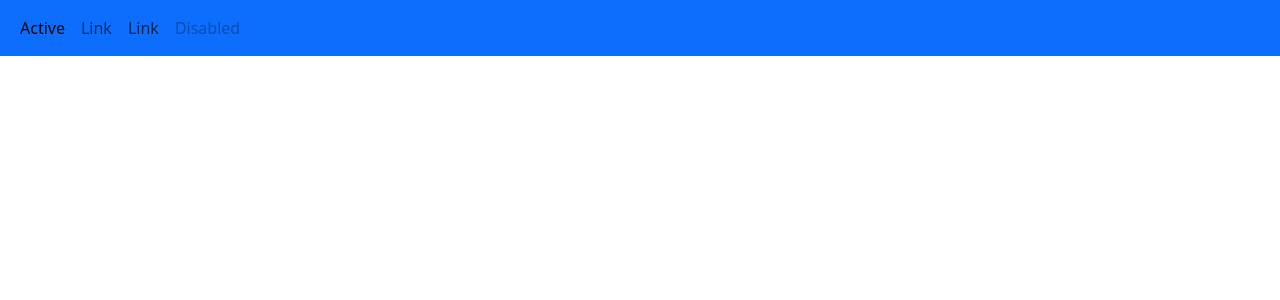
Repository: SKB-TECH/MinProject
Page: IHM/index.html
An editor plug-in stored every save of this project. The page is shown before and after the next save, followed by the edit.
The browser window is 1280 px wide. The pictures show the whole page.
Some web libraries are served in a nearby version.

Above is the page before, as saved 2022-09-29 14:46:34.

### IHM/index.html
<!DOCTYPE html>
<html lang="en">
<head>
    <meta charset="UTF-8">
    <meta http-equiv="X-UA-Compatible" content="IE=edge">
    <meta name="viewport" content="width=device-width, initial-scale=1.0">
    <link rel="stylesheet" href="../node_modules/bootstrap/dist/css/bootstrap.min.css">
    <title>NoteApp</title>
</head>
<body>
        <header>
            <nav class="navbar navbar-expand-sm bg-primary navbar-light">
                <div class="container-fluid">
                  <ul class="navbar-nav">
                    <li class="nav-item">
                      <a class="nav-link active" href="#">Active</a>
                    </li>
                   <li class="nav-item">
                      <a class="nav-link" href="#">Link</a>
                    </li>
                    <li class="nav-item">
                      <a class="nav-link" href="#">Link</a>
                    </li>
                    <li class="nav-item">
                      <a class="nav-link disabled" href="#">Disabled</a>
                    </li>
                  </ul>
                </div>
              </nav>
        </header>
    </div>
</body>
</html>

After the next save:
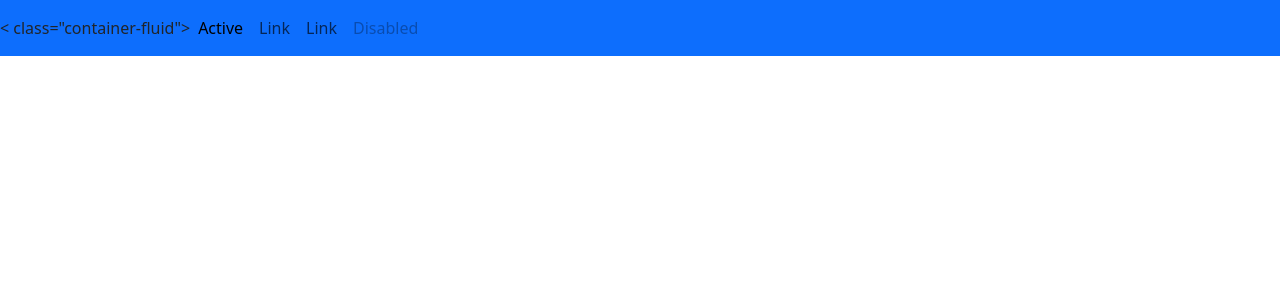
Saved 4 s later.
--- a/IHM/index.html
+++ b/IHM/index.html
@@ -10,7 +10,7 @@
 <body>
         <header>
             <nav class="navbar navbar-expand-sm bg-primary navbar-light">
-                <div class="container-fluid">
+                < class="container-fluid">
                   <ul class="navbar-nav">
                     <li class="nav-item">
                       <a class="nav-link active" href="#">Active</a>
@@ -25,7 +25,6 @@
                       <a class="nav-link disabled" href="#">Disabled</a>
                     </li>
                   </ul>
-                </div>
               </nav>
         </header>
     </div>

After the save that followed:
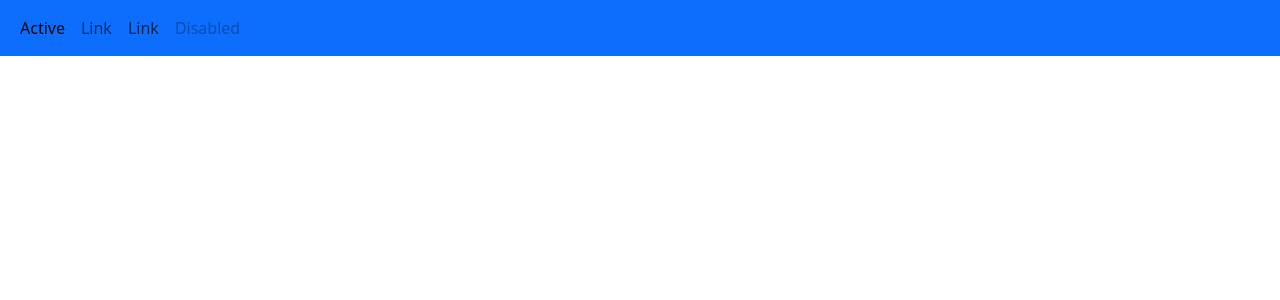
Saved 17 s later.
--- a/IHM/index.html
+++ b/IHM/index.html
@@ -10,7 +10,7 @@
 <body>
         <header>
             <nav class="navbar navbar-expand-sm bg-primary navbar-light">
-                < class="container-fluid">
+                <div class="container-fluid">
                   <ul class="navbar-nav">
                     <li class="nav-item">
                       <a class="nav-link active" href="#">Active</a>
@@ -25,6 +25,7 @@
                       <a class="nav-link disabled" href="#">Disabled</a>
                     </li>
                   </ul>
+                </div>
               </nav>
         </header>
     </div>
